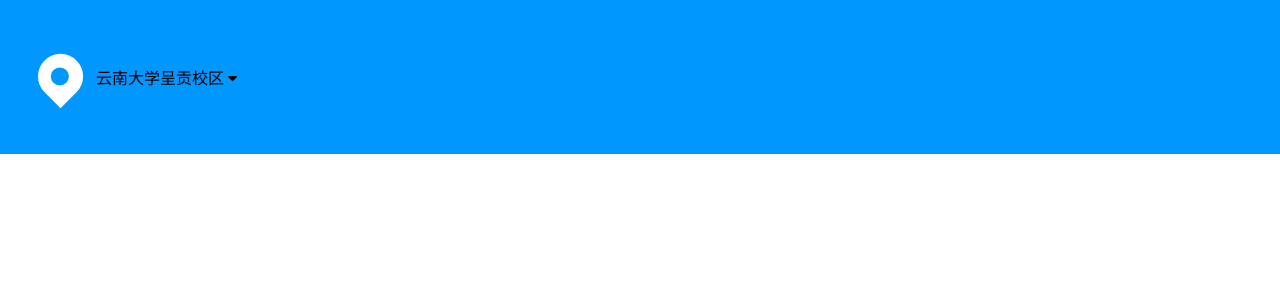
Repository: F000top/ele
Page: index.html
The author's editor kept a copy of each file at every save. The page is drawn from the files as they stood at one save, then again after the next save.
The browser window is 1280 px wide. The pictures show the whole page.

Above is the page before, as saved 2022-06-07 21:07:05.

After the next save:
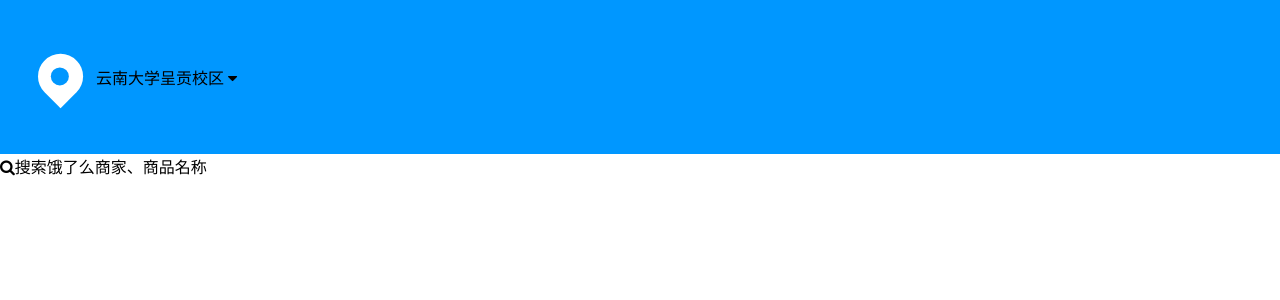
Saved 65 s later.
--- a/index.html
+++ b/index.html
@@ -29,6 +29,21 @@
             <div>云南大学呈贡校区 <i class="fa fa-caret-down"></i></div>
         </header>
 
+        <!-- search部分 -->
+			<!--
+			    搜索框部分（此块与search-fixed-top块宽度高度一致，用于当
+				search-fixed-top块固定后，挡住下面块不要窜上去）
+			-->
+			<div class="search">
+				<!-- 当滚动条超过上面的定位块时，search-fixed-top块变成固定在顶部。 -->
+				<div class="search-fixed-top" id="fixedBox">
+					<!-- 搜索框部分中间的白框 -->
+					<div class="search-box">
+						<i class="fa fa-search"></i>搜索饿了么商家、商品名称
+					</div>
+				</div>
+			</div>
+
 
     </div>
 </body>
